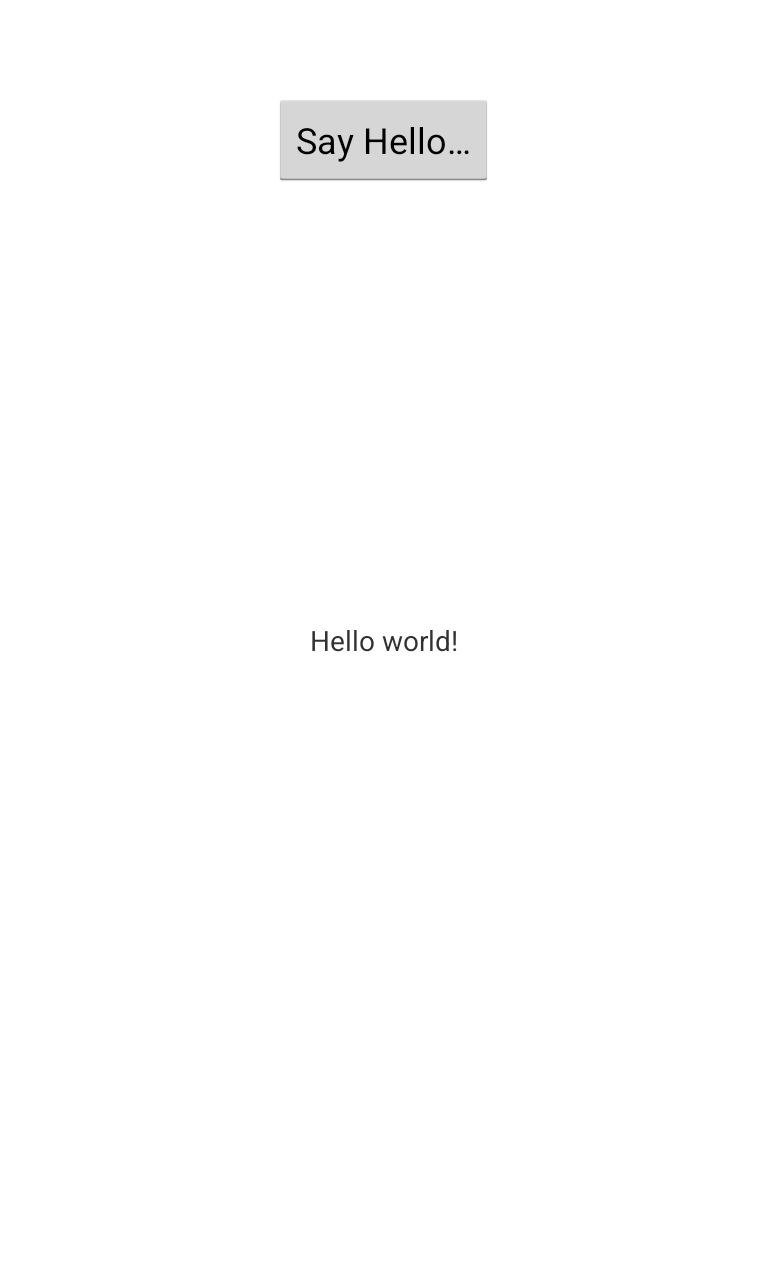
Repository: lnplnp/wifi-scheduler
Layout: WIFIScheduler/res/layout/activity_main.xml
An editor plug-in stored every save of this project. The layout is shown before and after the next save, followed by the edit.
It is drawn on a 768 x 1280 px phone screen (xhdpi) without system bars, with theme AppTheme; the app's code is not run.

Above is the layout before, as saved 2013-01-04 13:15:09.

### WIFIScheduler/res/layout/activity_main.xml
<RelativeLayout xmlns:android="http://schemas.android.com/apk/res/android"
    xmlns:tools="http://schemas.android.com/tools"
    android:layout_width="match_parent"
    android:layout_height="match_parent"
    tools:context=".MainActivity" >

    <TextView
        android:id="@+id/textView1"
        android:layout_width="wrap_content"
        android:layout_height="wrap_content"
        android:layout_centerHorizontal="true"
        android:layout_centerVertical="true"
        android:text="@string/hello_world" />

    <Button
        android:id="@+id/button1"
        android:layout_width="wrap_content"
        android:layout_height="wrap_content"
        android:layout_alignParentTop="true"
        android:layout_centerHorizontal="true"
        android:layout_marginTop="46dp"
        android:text="@string/say_hello" />

</RelativeLayout>

### WIFIScheduler/res/values/strings.xml
<?xml version="1.0" encoding="utf-8"?>
<resources>

    <string name="app_name">WIFI Scheduler</string>
    <string name="hello_world">Hello world!</string>
    <string name="menu_settings">Settings</string>
    <string name="say_hello">Say Hello&#8230;</string>

</resources>

Loaded but not shown: WIFIScheduler/res/values/styles.xml (common file); WIFIScheduler/res/values-v11/styles.xml (common file); WIFIScheduler/res/values-v14/styles.xml (common file)

After the next save:
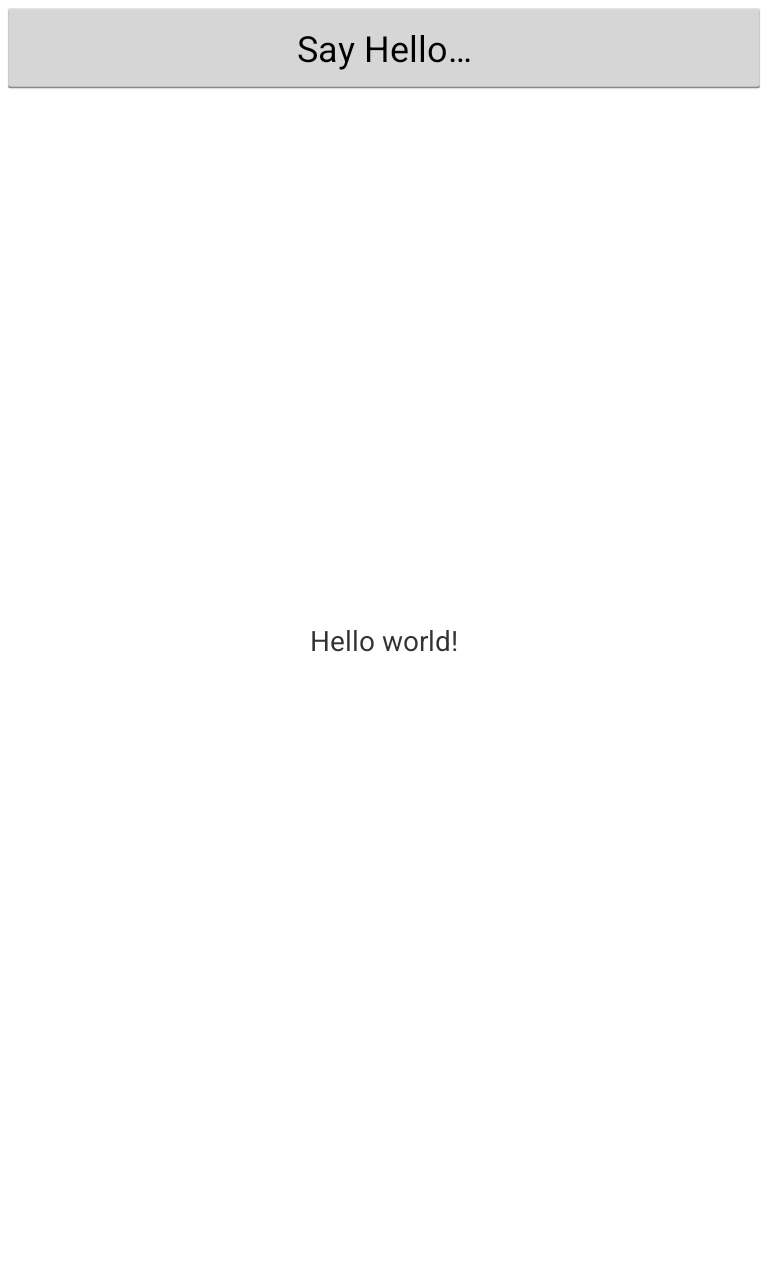
Saved 3 min 38 s later.
--- a/WIFIScheduler/res/layout/activity_main.xml
+++ b/WIFIScheduler/res/layout/activity_main.xml
@@ -2,6 +2,7 @@
     xmlns:tools="http://schemas.android.com/tools"
     android:layout_width="match_parent"
     android:layout_height="match_parent"
+    android:onClick="@string/say_hello"
     tools:context=".MainActivity" >
 
     <TextView
@@ -13,12 +14,12 @@
         android:text="@string/hello_world" />
 
     <Button
-        android:id="@+id/button1"
+        android:id="@+id/button_say_hello"
         android:layout_width="wrap_content"
         android:layout_height="wrap_content"
+        android:layout_alignParentLeft="true"
+        android:layout_alignParentRight="true"
         android:layout_alignParentTop="true"
-        android:layout_centerHorizontal="true"
-        android:layout_marginTop="46dp"
         android:text="@string/say_hello" />
 
 </RelativeLayout>
